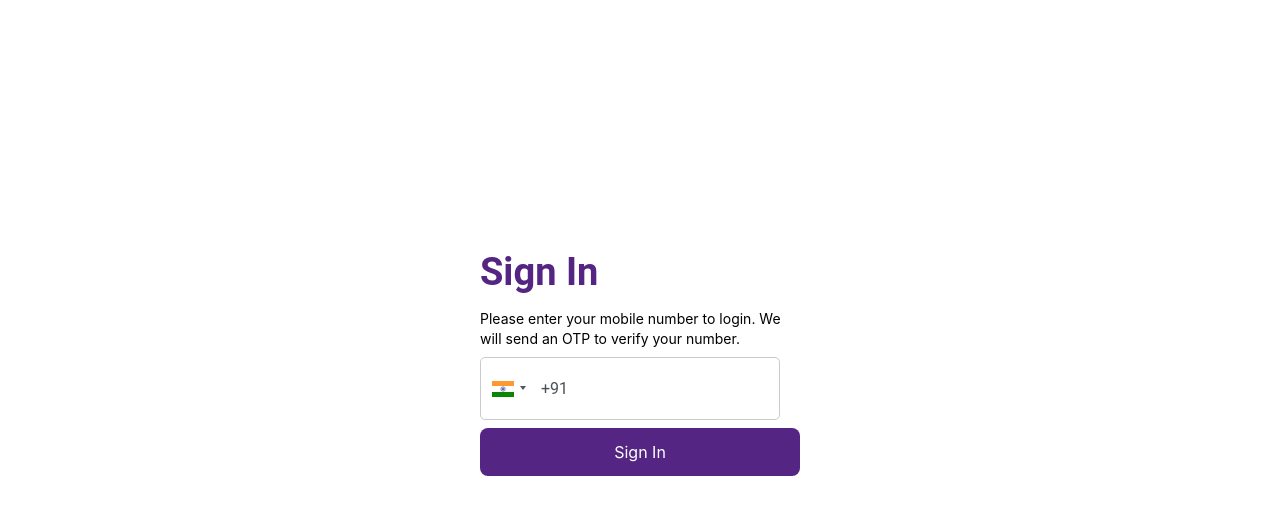
Repository: jayaprakash27/helloar-task
Page: /
An editor plug-in stored every save of this project. The page is shown before and after the next save, followed by the edit.
The browser window is 1280 px wide. The pictures show the whole page.
The project was rebuilt for these pictures with package versions that can differ from the ones it lists, and the page was loaded fresh each time.

Above is the page before, as saved 2023-10-26 23:49:55.

### src/App.js
import { Login } from "./components";

function App() {
  return (
    <>
    <Login />
    </>
  );
}

export default App;

### src/components/Login.jsx
import React, { useState } from "react";
import "./login.css";
import PhoneInput from "react-phone-input-2";
import "react-phone-input-2/lib/bootstrap.css";

function Login() {
  const [phoneNumber, setPhoneNumber] = useState("");

  const handleLogin = () => {
    const apiEndpoint = "https://dev.api.goongoonalo.com/v1/auth/login";
    const requestBody = {
      phoneNumber: "+"+phoneNumber,
    };

    fetch(apiEndpoint, {
      method: "POST",
      headers: {
        "Content-Type": "application/json",
      },
      body: JSON.stringify(requestBody),
    })
      .then((response) => {
        if (response.ok) {
          return response.json();
        } else {
          // Handle API errors here
          throw new Error("Failed to send OTP");
        }
      })
      .then((data) => {
        // Handle the API response data
        console.log("OTP sent successfully:", data);

        // You can add code here to navigate to the OTP verification page or perform the next step as needed.
      })
      .catch((error) => {
        // Handle any error that occurred during the API request
        console.error("Error sending OTP:", error);
      });
  };

  return (
    <div className="login-page">
      <div className=" login-box flex flex-col w-80 gap-2 justify-center">
        <h1 className=" text-primary-color font-semibold"> Sign In</h1>
        <p className=" text-sm">
          Please enter your mobile number to login. We will send an OTP to
          verify your number.
        </p>
        <PhoneInput
          country={"in"}
          enableSearch={true}
          value={phoneNumber}
          containerClass=" w-full"
          onChange={(phoneNumber) => setPhoneNumber(phoneNumber)}
        />
        <button onClick={handleLogin} className=" w-full rounded-lg p-3 hover:bg-purple-600  bg-primary-color text-white"> Sign In </button>
      </div>
    </div>
  );
}

export default Login;

### src/components/login.css
.login-page{
    background-color: white;
    width: 100vw;
    height: 100vh;
    display: flex;
    justify-content: center;
    align-items: center;
}
.login-box h1 {
  font-family: Roboto;
  font-size: 38px;
}

### tailwind.config.js
/** @type {import('tailwindcss').Config} */
module.exports = {
  content: [
    "./src/**/*.{js,jsx,ts,tsx}",
  ],
  theme: {
    extend: {
      colors: {
        "primary-color": "#552583",
      }
    },
  },
  plugins: [],
}

Loaded but not shown: public/index.html (common file); src/index.js (common file); src/index.css (common file); src/components/index.js (common file)

After the next save:
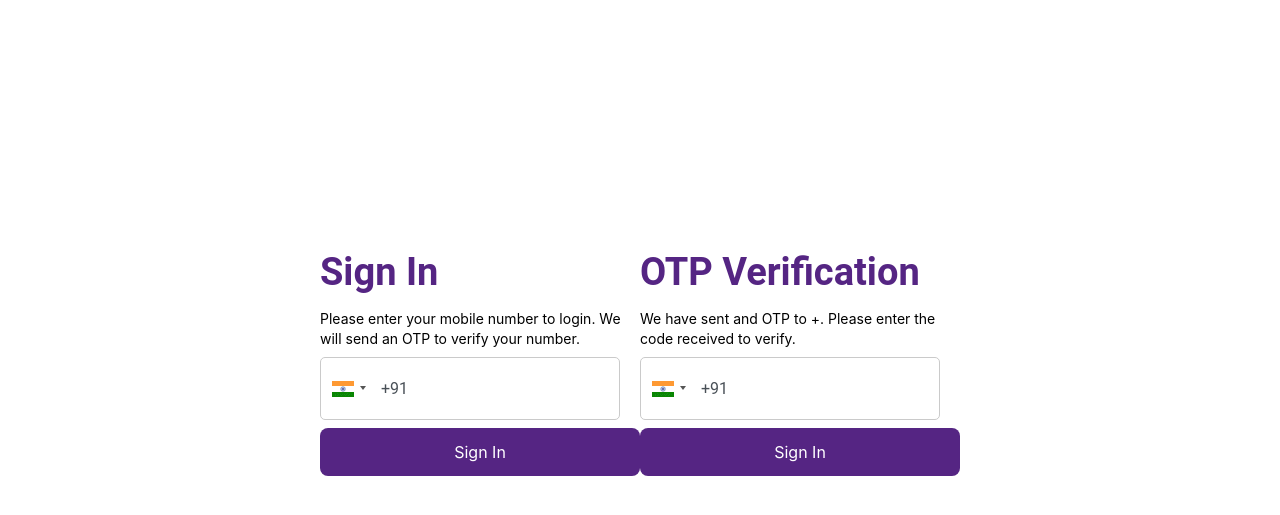
Saved 9 min 50 s later.
--- a/src/components/Login.jsx
+++ b/src/components/Login.jsx
@@ -39,6 +39,27 @@ function Login() {
       });
   };
 
+
+  const [otp, setOtp] = useState(['', '', '', '']);
+  const expectedOtp = '1234';
+
+  const handleInputChange = (index, value) => {
+    if (!isNaN(value) && value.length <= 1) {
+      const updatedOtp = [...otp];
+      updatedOtp[index] = value;
+      setOtp(updatedOtp);
+    }
+  };
+
+  const verifyOtp = () => {
+    const enteredOtp = otp.join('');
+    if (enteredOtp === expectedOtp) {
+      alert('OTP is correct. You are verified.');
+    } else {
+      alert('OTP is incorrect. Please try again.');
+    }
+  };
+
   return (
     <div className="login-page">
       <div className=" login-box flex flex-col w-80 gap-2 justify-center">
@@ -56,6 +77,20 @@ function Login() {
         />
         <button onClick={handleLogin} className=" w-full rounded-lg p-3 hover:bg-purple-600  bg-primary-color text-white"> Sign In </button>
       </div>
+      <div className=" login-box flex flex-col w-80 gap-2 justify-center">
+        <h1 className=" text-primary-color font-semibold">OTP Verification</h1>
+        <p className=" text-sm">
+        We have sent and OTP to +{phoneNumber}. Please enter the code received to verify.
+        </p>
+        <PhoneInput
+          country={"in"}
+          enableSearch={true}
+          value={phoneNumber}
+          containerClass=" w-full"
+          onChange={(phoneNumber) => setPhoneNumber(phoneNumber)}
+        />
+        <button onClick={handleLogin} className=" w-full rounded-lg p-3 hover:bg-purple-600  bg-primary-color text-white"> Sign In </button>
+      </div>
     </div>
   );
 }
